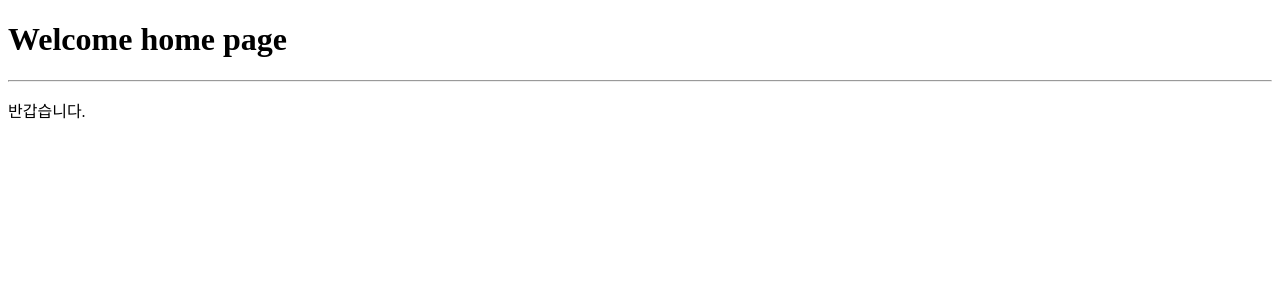
Repository: Cyoungju/workspace
Page: http://localhost/test/home.jsp
An editor plug-in stored every save of this project. The page is shown before and after the next save, followed by the edit.
The browser window is 1280 px wide. The pictures show the whole page.
The page is served by Tomcat 9.

Above is the page before, as saved 2024-01-31 05:15:27.

After the next save:
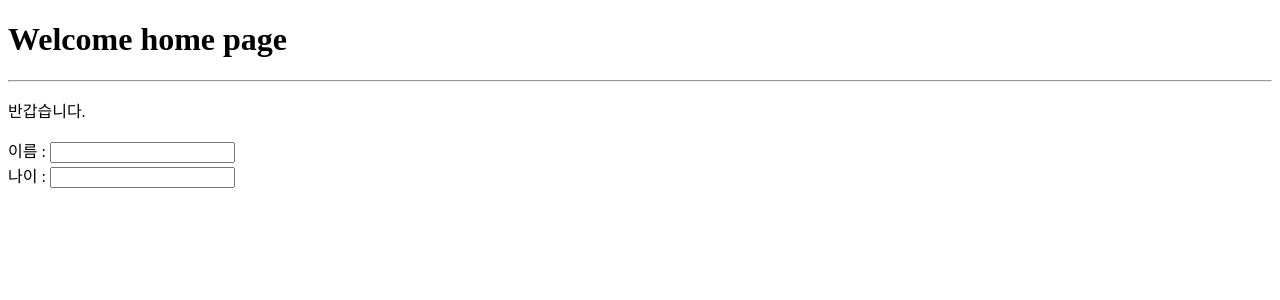
Saved 2 min 25 s later.
--- a/ws-jsp-servlet/test/src/main/webapp/home.jsp
+++ b/ws-jsp-servlet/test/src/main/webapp/home.jsp
@@ -12,6 +12,10 @@
 	<div>
 		<p>반갑습니다.</p>
 	</div>
-
+	<!-- 이름 나이 서버로 데이터 전송 -->
+	<form action="" method="get">
+		이름 : <input type="text" name="name"><br>
+		나이 : <input type="text" name="age">
+	</form>
 </body>
 </html>
